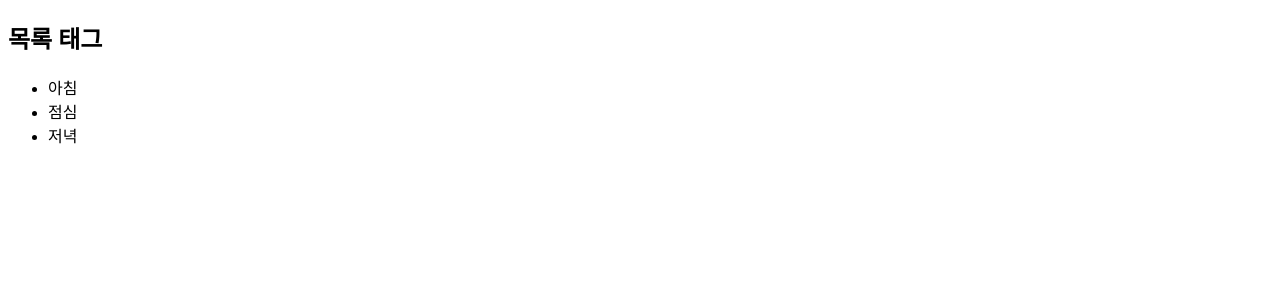
Repository: jinaa11/Kcc_Web
Page: Html/WebContent/list.html
The author's editor kept a copy of each file at every save. The page is drawn from the files as they stood at one save, then again after the next save.
The browser window is 1280 px wide. The pictures show the whole page.

Above is the page before, as saved 2024-07-08 02:33:36.

After the next save:
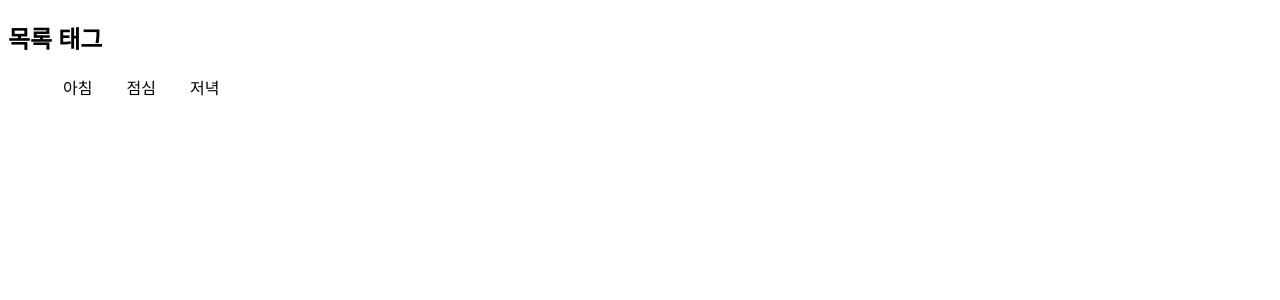
Saved 3 min 24 s later.
--- a/Html/WebContent/list.html
+++ b/Html/WebContent/list.html
@@ -3,6 +3,12 @@
 <head>
 <meta charset="UTF-8">
 <title>Insert title here</title>
+<style type="text/css">
+	li {
+		display: inline;
+		padding: 5px 15px;
+	}
+</style>
 </head>
 <body>
 	<h2>목록 태그</h2>
